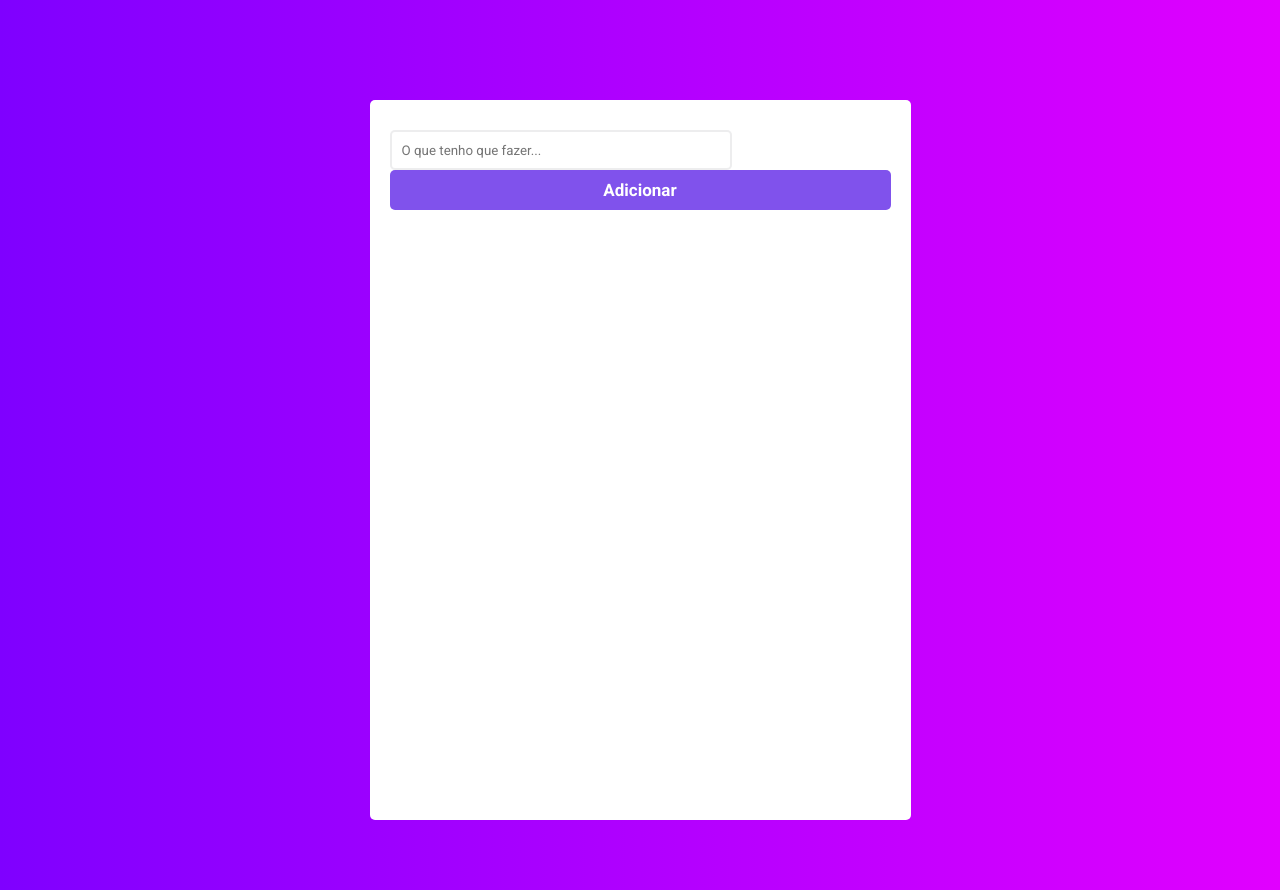
Repository: PLSR12/ToDoList
Page: index.html
The author's editor kept a copy of each file at every save. The page is drawn from the files as they stood at one save, then again after the next save.
The browser window is 1280 px wide. The pictures show the whole page.
Some web libraries are served in a nearby version.

Above is the page before, as saved 2022-01-14 12:55:52.

After the next save:
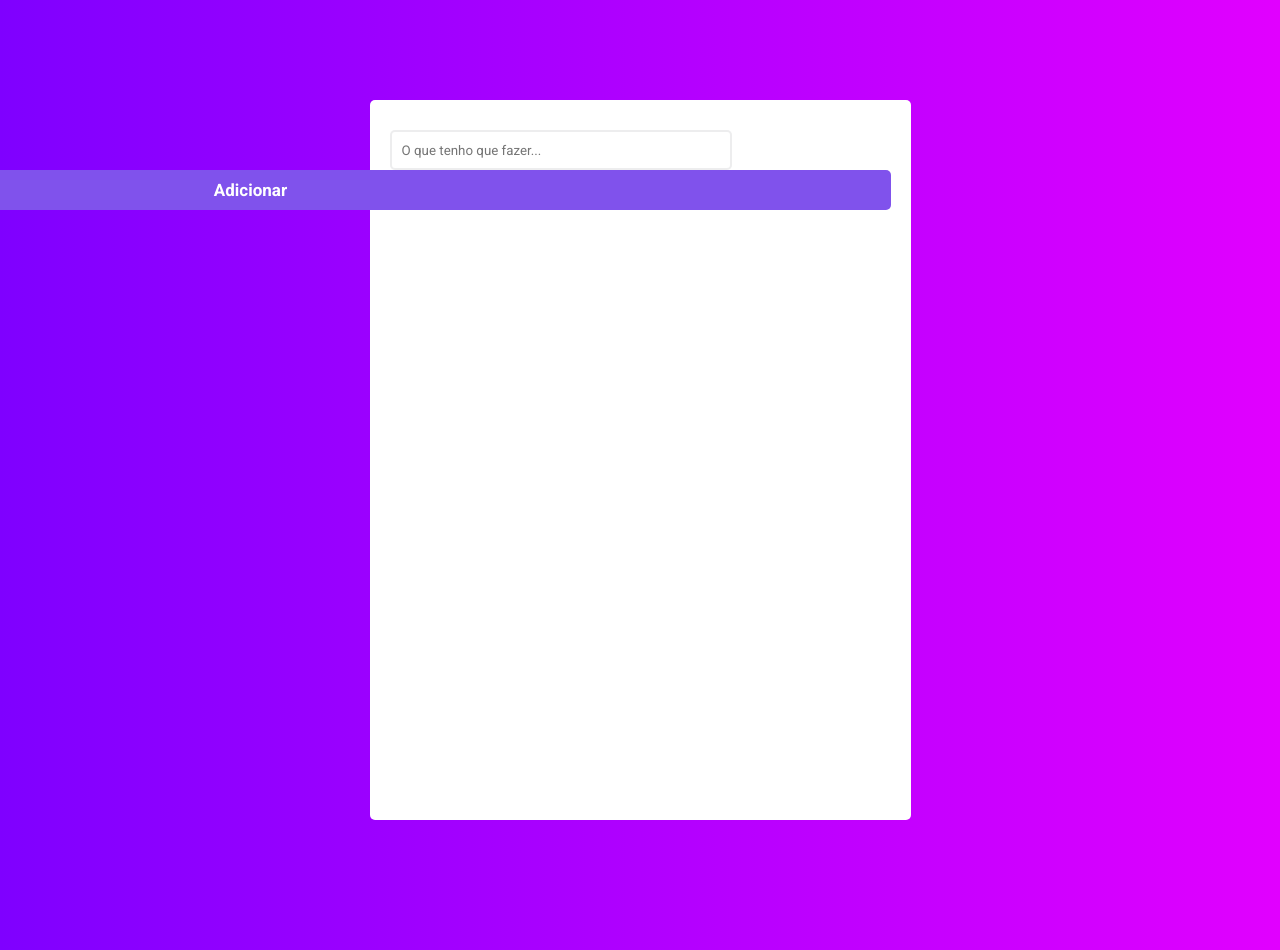
Saved 14 s later.
--- a/styles.css
+++ b/styles.css
@@ -1,7 +1,7 @@
 
 * {
-    width: 100%;
-    height: 100%;
+    width: 100vw;
+    height: 100vh;
     margin: 0;
     padding: 0;
     box-sizing: border-box;
